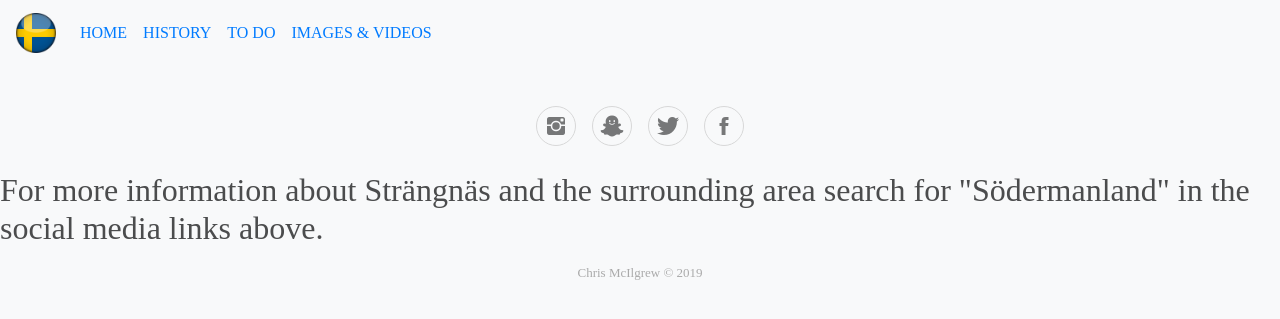
Repository: kososwede/first-project
Page: images+videos.html
The author's editor kept a record of every edit. The page is drawn from the files as they stood at one moment, then again after the next edit.
The browser window is 1280 px wide. The pictures show the whole page.
Some web fonts or font styles are not loaded; a fallback is used.

Above is the page before.

### images+videos.html
<!DOCTYPE html>
<html lang="en">
<head>
  <meta charset="UTF-8">
  <meta name="viewport" content="width=device-width, initial-scale=1.0">
  <meta http-equiv="X-UA-Compatible" content="ie=edge">
  <link rel="stylesheet" href="https://stackpath.bootstrapcdn.com/bootstrap/4.3.1/css/bootstrap.min.css" integrity="sha384-ggOyR0iXCbMQv3Xipma34MD+dH/1fQ784/j6cY/iJTQUOhcWr7x9JvoRxT2MZw1T" crossorigin="anonymous">
  <link rel="stylesheet" href="https://stackpath.bootstrapcdn.com/font-awesome/4.7.0/css/font-awesome.min.css" type="text/css" />
  <link rel="stylesheet" href="https://cdnjs.cloudflare.com/ajax/libs/ionicons/2.0.1/css/ionicons.min.css">
  <link rel="stylesheet" href="https://cdnjs.cloudflare.com/ajax/libs/hover.css/2.3.1/css/hover-min.css" integrity="sha256-c+C87jupO1otD1I5uyxV68WmSLCqtIoNlcHLXtzLCT0=" crossorigin="anonymous" />
  <link rel="stylesheet" href="assets/css/style.css" type="text/css" />
  <title>Welcome To Strängnäs</title>
  <title>Document</title>
</head>

<body>

<!----------------------header-------------------------->

  <!----------nav------->

  <nav class="navbar navbar-expand-lg navbar-light bg-light">
  <a class="navbar-brand" href="index.html"><img class="image-size" src="assets/images/sweden-flag-png-1.png"></img></a>
  <button class="navbar-toggler" type="button" data-toggle="collapse" data-target="#navbarNavAltMarkup" aria-controls="navbarNavAltMarkup" aria-expanded="false" aria-label="Toggle navigation">
    <span class="navbar-toggler-icon"></span>
  </button>
  <div class="collapse navbar-collapse" id="navbarNavAltMarkup">
    <div class="navbar-nav">
      <a class="nav-item nav-link text-primary" href="index.html">HOME<span class="sr-only">(current)</span></a>
      <a class="nav-item nav-link text-primary" href="history.html">HISTORY</a>
      <a class="nav-item nav-link text-primary" href="places.html">TO DO</a>
      <a class="nav-item nav-link text-primary" href="images+videos.html">IMAGES & VIDEOS</a>
    </div>
  </div>
</nav>

<!---------------main------------------------------------>



<!----------------------footer------------------------>
<div class="footer-basic">
        <footer>
            <div class="social"><a href="#"><i class="icon ion-social-instagram"></i></a><a href="#"><i class="icon ion-social-snapchat"></i></a><a href="#"><i class="icon ion-social-twitter"></i></a><a href="#"><i class="icon ion-social-facebook"></i></a></div>
          <h2>For more information about Strängnäs and the surrounding area search for "Södermanland" in the social media links above.</h3>
            <p class="copyright">Chris McIlgrew © 2019</p>
        </footer>
    </div>



  <script src="https://code.jquery.com/jquery-3.3.1.slim.min.js" integrity="sha384-q8i/X+965DzO0rT7abK41JStQIAqVgRVzpbzo5smXKp4YfRvH+8abtTE1Pi6jizo" crossorigin="anonymous"></script>
<script src="https://cdnjs.cloudflare.com/ajax/libs/popper.js/1.14.7/umd/popper.min.js" integrity="sha384-UO2eT0CpHqdSJQ6hJty5KVphtPhzWj9WO1clHTMGa3JDZwrnQq4sF86dIHNDz0W1" crossorigin="anonymous"></script>
<script src="https://stackpath.bootstrapcdn.com/bootstrap/4.3.1/js/bootstrap.min.js" integrity="sha384-JjSmVgyd0p3pXB1rRibZUAYoIIy6OrQ6VrjIEaFf/nJGzIxFDsf4x0xIM+B07jRM" crossorigin="anonymous"></script>
</body>
</html>

### assets/css/style.css
@import url('https://fonts.googleapis.com/css?family=Sniglet&display=swap');
@import url('https://fonts.googleapis.com/css?family=Courgette&display=swap');
body,
html {
 width: 100%;
 height: 100%;
 overflow-x: hidden;
}

body {
 font-family: 'Source Sans Pro';
}



.image-size {
 height: 40px;
}


.masthead {
 min-height: 30rem;
 position: relative;
 display: table;
 width: 100%;
 height: 100%;
 padding-top: 0rem;
 padding-bottom: 0rem;
 background: -webkit-gradient(linear, left top, right top, from(rgba(255, 255, 255, 0.1)), to(rgba(255, 255, 255, 0.1))), url("../images/viewofstrangnas.jpg");
 background: linear-gradient(90deg, rgba(255, 255, 255, 0.1) 0%, rgba(255, 255, 255, 0.1) 100%), url("../images/viewofstrangnas.jpg");
 background-image: url(../images/viewofstrangnas.jpg);
 background-position: center center;
 background-repeat: no-repeat;
 background-size: cover;

}

h1  {
 font-weight: bolder;
 color: #dece0e;
 text-shadow: #000 0px 0px 1px, #000 0px 0px 1px, #000 0px 0px 1px,
 #000 0px 0px 1px, #000 0px 0px 1px, #000 0px 0px 1px;
 font-size: 3rem;

}

h3 {
 color: #fff;
 text-shadow: #000 0px 0px 1px,   #000 0px 0px 1px,   #000 0px 0px 1px,
 #000 0px 0px 1px,   #000 0px 0px 1px,   #000 0px 0px 1px;
}

.footer-basic {
  padding:40px 0;
  background-color:#f8f9fa;
  color:#4b4c4d;
}

.footer-basic ul {
  padding-left: 50px;
  padding-right: 50px;
  list-style:none;
  text-align:center;
  font-size:18px;
  line-height:1.6;
  margin-bottom:0;
}

.footer-basic li {
  padding:0 10px;
}

.footer-basic ul a {
  color:inherit;
  text-decoration:none;
  opacity:0.8;
}

.footer-basic ul a:hover {
  opacity:1;
}

.footer-basic .social {
  text-align:center;
  padding-bottom:25px;
}

.footer-basic .social > a {
  font-size:24px;
  width:40px;
  height:40px;
  line-height:40px;
  display:inline-block;
  text-align:center;
  border-radius:50%;
  border:1px solid #ccc;
  margin:0 8px;
  color:inherit;
  opacity:0.75;
}

.footer-basic .social > a:hover {
  opacity:0.9;
}

.footer-basic .copyright {
  margin-top:15px;
  text-align:center;
  font-size:13px;
  color:#aaa;
  margin-bottom:0;
}

After the next edit:
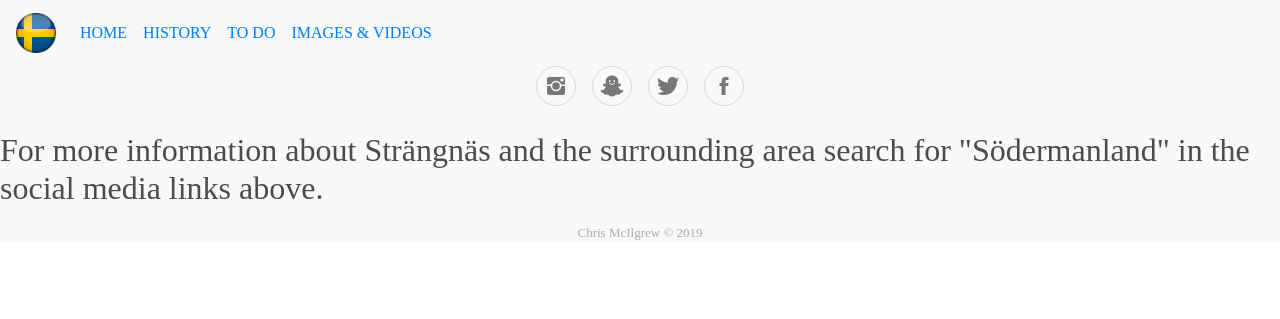
The edit:
--- a/assets/css/style.css
+++ b/assets/css/style.css
@@ -51,7 +51,7 @@
 }
 
 .footer-basic {
-  padding:40px 0;
+  padding:0px 0;
   background-color:#f8f9fa;
   color:#4b4c4d;
 }
